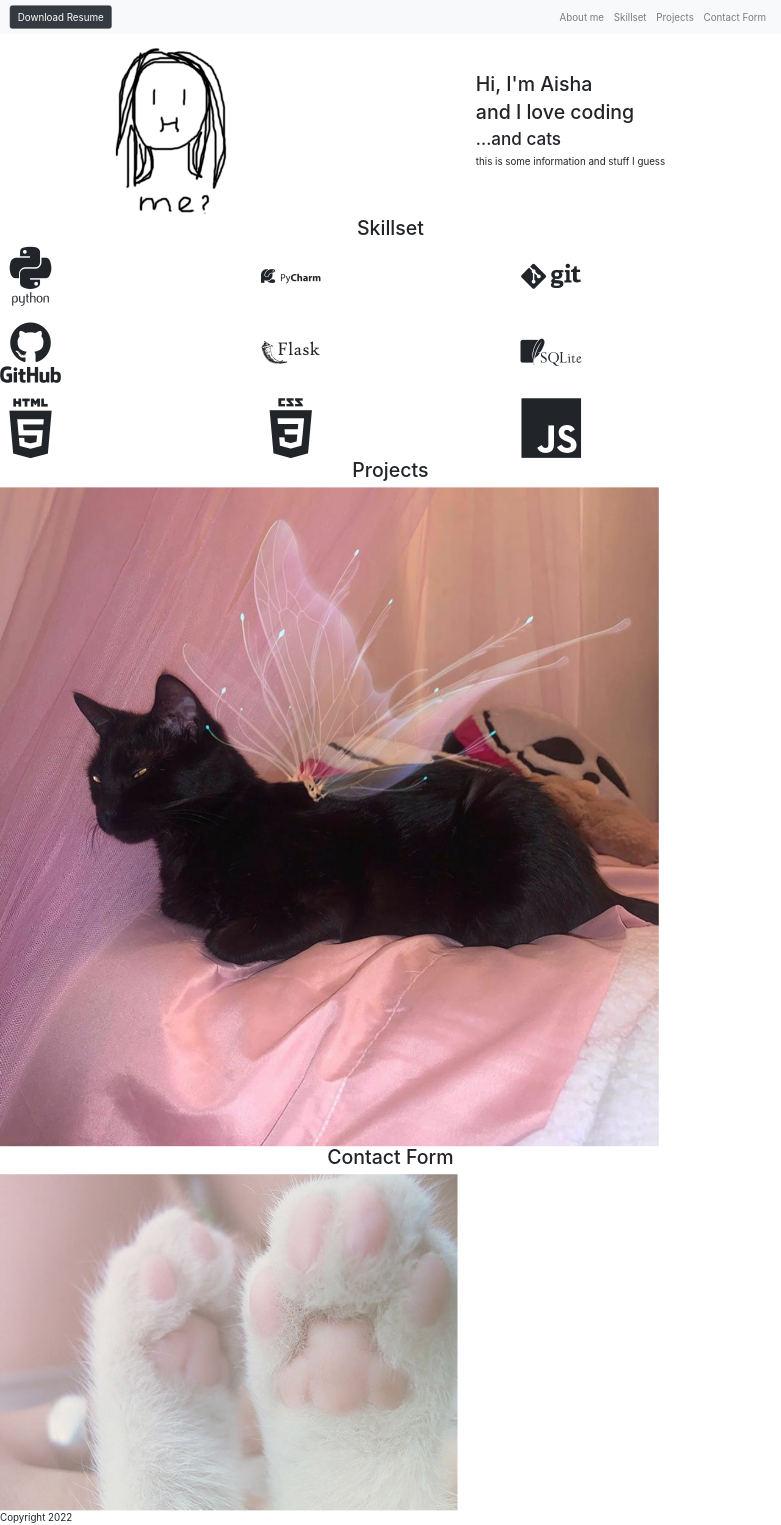
Repository: aishakapan/portfolio
Page: index.html
An editor plug-in stored every save of this project. The page is shown before and after the next save, followed by the edit.
The browser window is 1280 px wide. The pictures show the whole page, at 61% of full size.
Some web libraries are served in a nearby version.

Above is the page before, as saved 2022-08-19 14:42:02.

### index.html
<!DOCTYPE html>
<html lang="en">
<head>
    <meta charset="UTF-8">
    <meta http-equiv="X-UA-Compatible" content="IE=edge">
    <meta name="viewport" content="width=device-width, initial-scale=1.0">
    <!-- bootstrap links -->
    <link rel="stylesheet" href="https://cdn.jsdelivr.net/gh/devicons/devicon@v2.15.1/devicon.min.css">
    <link rel="stylesheet" href="/styles/index.css">
    <link rel="stylesheet" href="https://cdn.jsdelivr.net/npm/bootstrap@4.0.0/dist/css/bootstrap.min.css" integrity="sha384-Gn5384xqQ1aoWXA+058RXPxPg6fy4IWvTNh0E263XmFcJlSAwiGgFAW/dAiS6JXm" crossorigin="anonymous">
    <title>Aisha Kapan</title>
</head>
<body>
    <nav class="navbar sticky-top navbar-expand-lg navbar-light bg-light">
        <button class="navbar-toggler" type="button" data-toggle="collapse" data-target="#navbarToggler" aria-controls="navbarToggler" aria-expanded="false" aria-label="Toggle navigation">
            <span class="navbar-toggler-icon"></span>
        </button>
        <a class="btn btn-dark" href="#">Download Resume</a>
        <div class="collapse navbar-collapse justify-content-end" id="navbarToggler">
            <div class="navbar-nav">
                <a class="nav-item nav-link" href="#">About me</a>
                <a class="nav-item nav-link" href="#">Skillset </a>
                <a class="nav-item nav-link" href="#">Projects</a>
                <a class="nav-item nav-link" href="#">Contact Form</a>
            </div>
        </div>
    </nav>

    <main>
        <div class="about-container">
        <img src="img/temp.png" alt="my photo" class="about-item pfp">
        <article class="about-item">
            <h2>Hi, I'm Aisha</h2>
            <h2>and I love coding</h2>
            <!-- this will be changing text animation -->
            <h3>...and cats</h3>
            <p>this is some information and stuff I guess</p>
        </article>
        </div>
            <!-- bg image with a cat and hobbies  -->

        <section>
            <h2>Skillset</h2>
            <div class="skills-container">
                <i class="devicon-python-plain-wordmark"></i>
                <i class="devicon-pycharm-plain-wordmark"></i>
                <i class="devicon-git-plain-wordmark"></i>
                <i class="devicon-github-original-wordmark"></i>
                <i class="devicon-flask-original-wordmark"></i>
                <i class="devicon-sqlite-plain-wordmark"></i>
                <i class="devicon-html5-plain-wordmark"></i>
                <i class="devicon-css3-plain-wordmark"></i>
                <i class="devicon-javascript-plain"></i>
            </div>

            <!-- images/icons -->
        </section>

        <section>
            <h2>Projects</h2>
            <img src="img/temp-fairy.jpg" alt="">
            <!-- image with descriptions and links -->
        </section>

        <section>
            <h2>Contact Form</h2>
            <img src="img/temp-paws.jpg" alt="">
            <!-- First/Last name/message form directed to my e-mail-->
        </section>




    </main>
    <footer>
        Copyright 2022
    </footer>
    <script src="https://code.jquery.com/jquery-3.2.1.slim.min.js" integrity="sha384-KJ3o2DKtIkvYIK3UENzmM7KCkRr/rE9/Qpg6aAZGJwFDMVNA/GpGFF93hXpG5KkN" crossorigin="anonymous"></script>
    <script src="https://cdn.jsdelivr.net/npm/popper.js@1.12.9/dist/umd/popper.min.js" integrity="sha384-ApNbgh9B+Y1QKtv3Rn7W3mgPxhU9K/ScQsAP7hUibX39j7fakFPskvXusvfa0b4Q" crossorigin="anonymous"></script>
    <script src="https://cdn.jsdelivr.net/npm/bootstrap@4.0.0/dist/js/bootstrap.min.js" integrity="sha384-JZR6Spejh4U02d8jOt6vLEHfe/JQGiRRSQQxSfFWpi1MquVdAyjUar5+76PVCmYl" crossorigin="anonymous"></script>
  </body>
</body>
</html>

### styles/index.css
* {
    margin: 0;
    padding: 0;
}

i {
    font-size: 100px;
}

section > h2 {
    text-align: center;
}

.nav-container {
    display: flex;
    background-color: blueviolet;
    justify-content: space-between;
}


.about-container {
    display: flex;
    flex-wrap: wrap;
    justify-content: space-around;
    align-items: center;

}

.about-item {
    flex-basis: 1;
}

.skills-container {
    display: flex;
    flex-wrap: wrap;
    justify-content: space-around;
    align-items: center;
    row-gap: 25px;
}

div>i {
    flex: 0 0 33.333%;
}

.pfp {
    max-width: 300px;
    max-height: 300px;
}

After the next save:
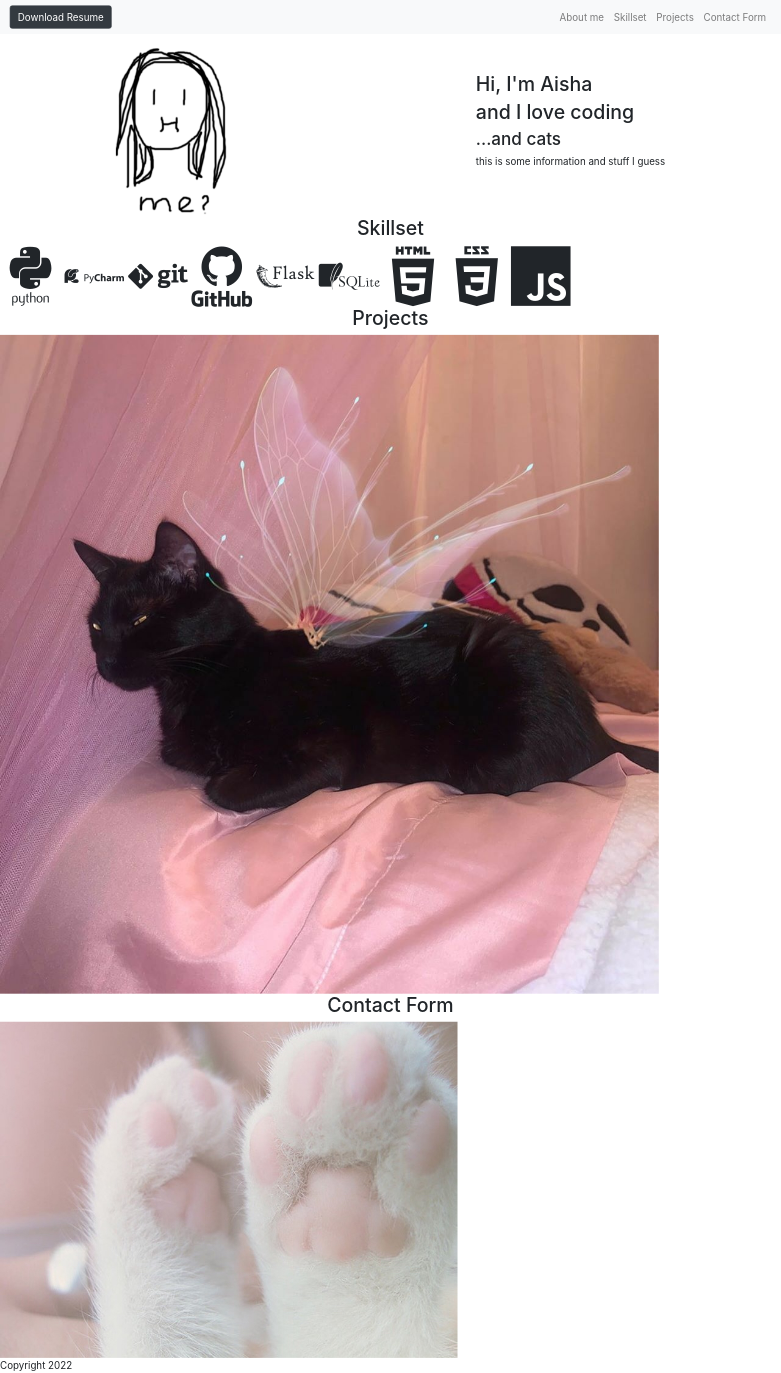
Saved 30 s later.
--- a/index.html
+++ b/index.html
@@ -41,7 +41,7 @@
 
         <section>
             <h2>Skillset</h2>
-            <div class="skills-container">
+            <center><div class="skills-container"></div></center>
                 <i class="devicon-python-plain-wordmark"></i>
                 <i class="devicon-pycharm-plain-wordmark"></i>
                 <i class="devicon-git-plain-wordmark"></i>

After the save that followed:
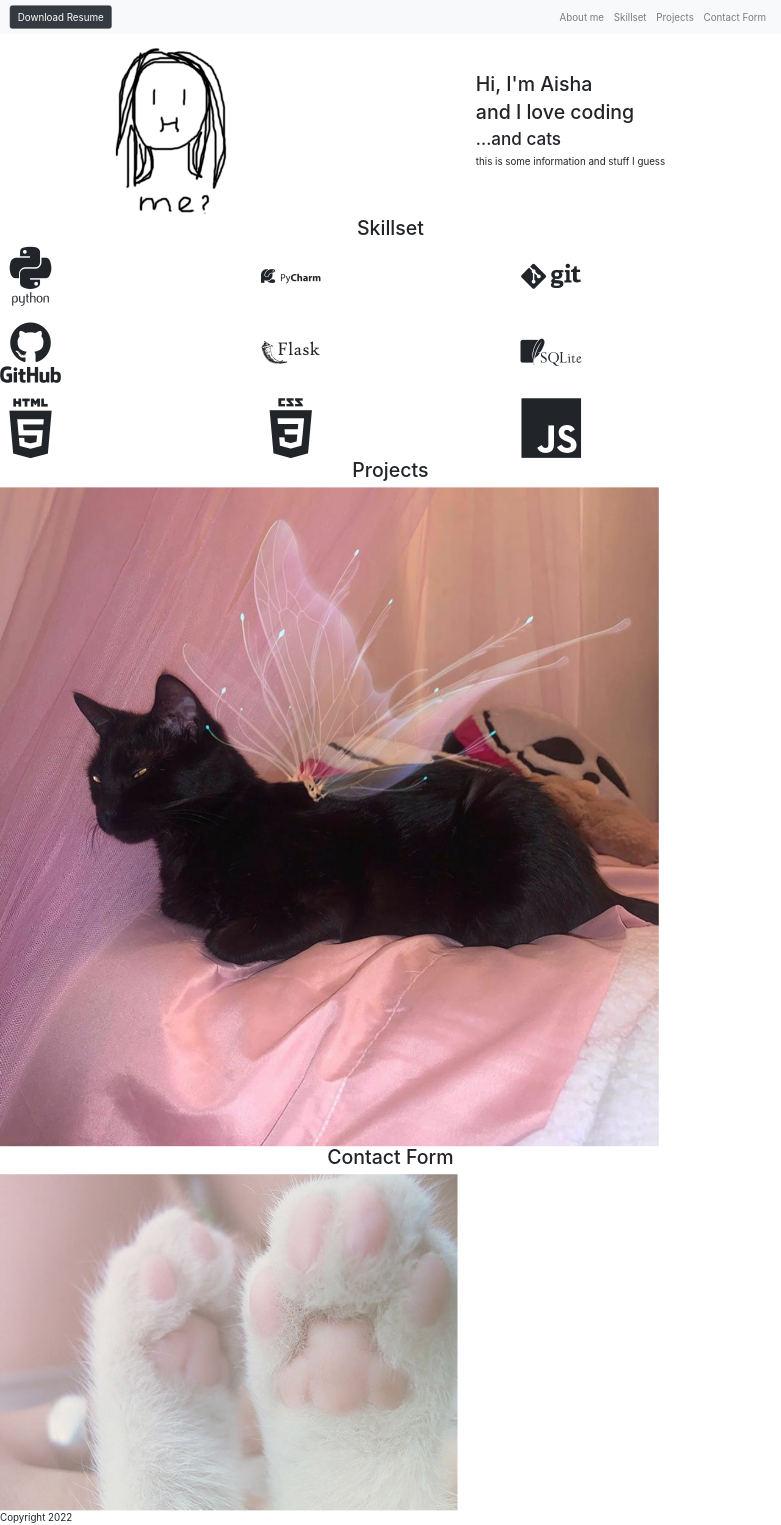
Saved 25 s later.
--- a/index.html
+++ b/index.html
@@ -41,7 +41,7 @@
 
         <section>
             <h2>Skillset</h2>
-            <center><div class="skills-container"></div></center>
+            <div class="skills-container">
                 <i class="devicon-python-plain-wordmark"></i>
                 <i class="devicon-pycharm-plain-wordmark"></i>
                 <i class="devicon-git-plain-wordmark"></i>
